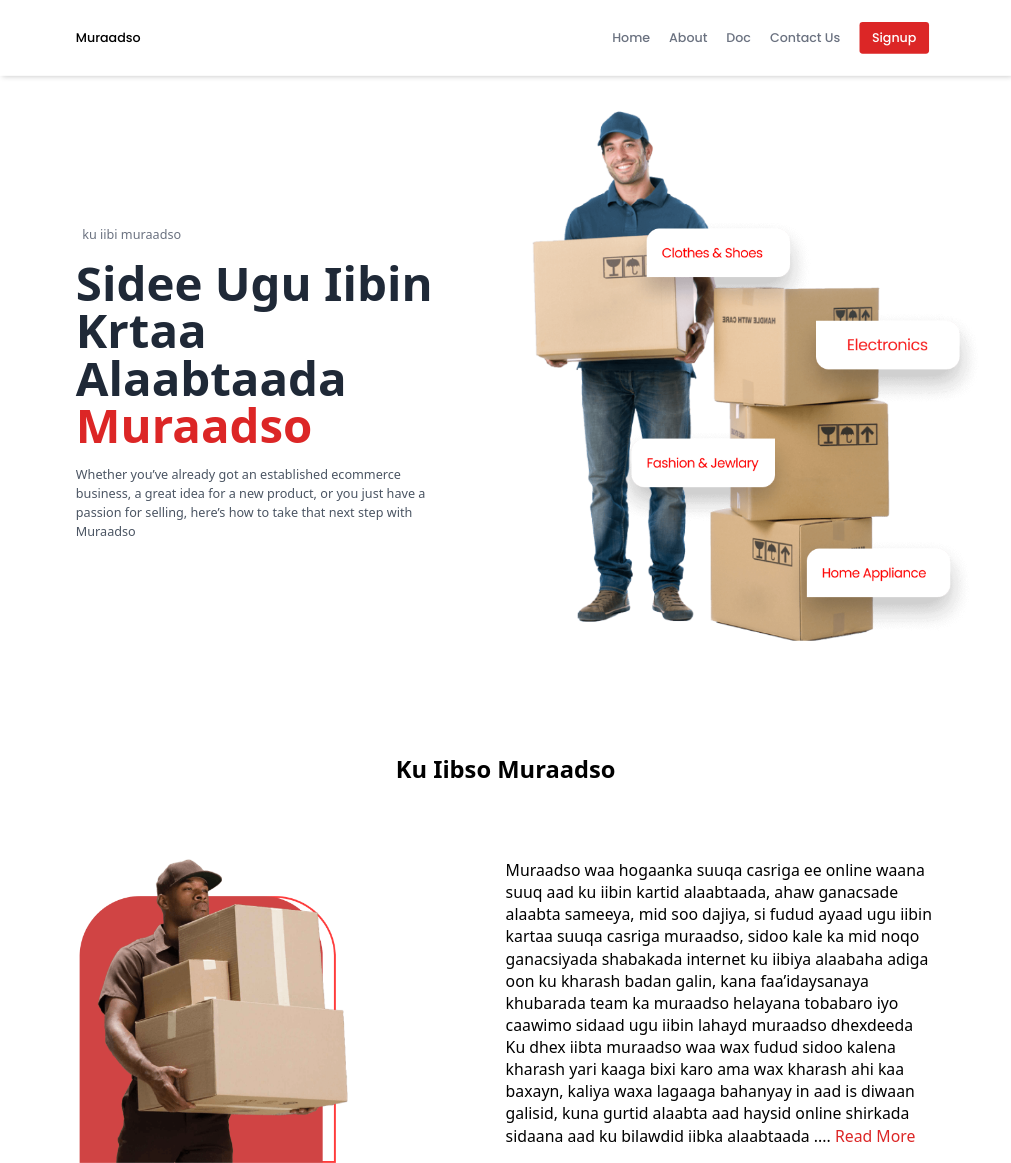
Repository: muraadso/Muraadso-Sellers
Page: /
These files come from the project's save history. The page is drawn as it stood at one moment and after the next save; the edit follows.
The browser window is 1280 px wide. The pictures show the whole page, at 79% of full size.
The project was rebuilt for these pictures with package versions that can differ from the ones it lists, and the page was loaded fresh each time. The framework's server and built-in components were replaced by stand-ins that run in the browser. Also part of the build but not shown: next.config.js.

Above is the page before, as saved 2021-12-05 19:52:30.

### pages/_app.js
import '../styles/globals.css'
 import 'tailwindcss/tailwind.css'
import { Layout } from '../components/Layout'


function MyApp({ Component, pageProps }) {
  return (
    <Layout>
      <Component {...pageProps} />
    </Layout>
  )
}

export default MyApp

### pages/index.js
import Head from 'next/head'
import Image from 'next/image'
import Navbar from '../components/Navbar'
import Hero from '../components/Hero'
import About from '../components/About'
import styles from '../styles/Home.module.css'


export default function Home() {
  return (
    <div className={styles.container}>
      <Head>
        <title>Muraadso Sellers</title>
        <meta name="description" content="Generated by create next app" />
        <link rel="icon" href="/favicon.ico" />
      </Head>
      <Hero />
      <About />
    </div>
  )
}

### styles/globals.css
@import url('https://fonts.googleapis.com/css2?family=Lato:ital,wght@0,300;0,400;0,700;0,900;1,700&family=Poppins:wght@200;300;400;500;600;700&display=swap');
html,
body {
  padding: 0;
  margin: 0;
}

a {
  color: inherit;
  text-decoration: none;
}

* {
  box-sizing: border-box;
}


.navbar {
  box-shadow: 2px 1px 7px rgba(0, 0, 0, 0.226);
  font-family: 'Poppins', sans-serif  ;
  font-weight: 500;

}
  .logo{
    font-family: 'Lato', sans-serif;
    font-weight: 700;
    color: rgb(233, 59, 59);
    font-size: 20px ;
  }

.nav{
}





@media screen and  (max-width: 415px){
  .nav{
    display: flex;
    color: blue;
    flex-direction: row;
  }
}




@tailwind base;
@tailwind components;
@tailwind utilities

### components/Layout.js
import Navbar from "./Navbar"
import Footer from "./Footer"

export const Layout = ({children}) => {
    return (
        <div className="layout">
            <Navbar />
                {children}
            <Footer />



        </div>
    )
}

### components/Navbar.jsx
import React, { useState } from "react";
import { HiOutlineMenuAlt2, HiOutlineMenuAlt3 } from "react-icons/hi";



export default function Navbar() {
  const [showNav, setShowNav] = useState(false);

  return (
    <nav className="sticky top-0 z-20 items-center justify-between bg-white px-14 md:px-24 md:py-5 navbar md:flex">
      <div className="flex items-center justify-between">
        <a href="#">
          <h2>Muraadso</h2>
        </a>


        {showNav ? (
          <HiOutlineMenuAlt3
            onClick={() => setShowNav(!showNav)}
            className="block w-10 h-10 p-2 cursor-pointer md:hidden"
          />
        ) : (
          <HiOutlineMenuAlt2
            onClick={() => setShowNav(!showNav)}
            className="block w-10 h-10 p-2 cursor-pointer md:hidden"
          />
        )}
      </div>

      <ul
        className={
          (showNav ? "left-0" : "-left-full") +
          " md:static fixed bottom-0 md:ml-24 top-14 md:flex md:space-x-6 items-center md:bg-transparent bg-white bg-opacity-90 md:w-auto w-10/12 md:text-gray-500 text-gray-800  md:space-y-0 space-y-5 p-2 transition-left nav"
        }
      >
        <a href="#"> Home</a>
        <a href="#"> About</a>
        <a href="#"> Doc</a>
        <a href="#"> Contact Us</a>
      <a className="px-4 py-2 text-white bg-red-600 rounded" href="">Signup</a>
      </ul>
    </nav>
  );
}

























// const Navbar = () => {
//     return (
//         <div>
//      <div className="sticky top-0 z-20 items-center justify-between bg-white md:flex navbar">
//          <a className="logo" href="#">Muraadso</a>
//          <nav className="fixed bottom-0 items-center w-10/12 p-2 space-y-5 text-white bg-gray-500 md:static top-12 md:flex md:space-x-7 md:bg-transparent bg-opacity-90 md:w-auto md:text-gray-500 md:space-y-0 transition-left nav">
//              <a className="hover:text-red-600" href="">Home</a>
//              <a className="hover:text-red-600" href="">About</a>
//              <a className="hover:text-red-600" href="">Doc</a>
//              <a className="hover:text-red-600" href="">Contact Us</a>
//          </nav>
//          <a href="#" className="px-4 py-2 text-white bg-red-600 rounded hover:bg-red-700 signup ">Signup</a>
//      </div>

//         </div>
//     )
// }

// export default Navbar

### components/Hero.jsx
const Hero = () => {
    return (
        <div className="md:grid-cols-2 md:grid md:mt-11 hero">
                <div className="md:px-16 md:py-36 py-11 herotxt">
                    <h6 className="px-2 font-medium text-gray-500">ku iibi muraadso</h6>
                    <h1 className="my-5 md:font-bold md:text-gray-800 md:capitalize lg:text-6xl">sidee ugu iibin krtaa <br /> alaabtaada <span className="md:text-red-600">muraadso </span></h1>
                    <p className="text-gray-600" >Whether you’ve already got an established ecommerce business, a great idea for a new product, or you just have a passion for selling, here’s how to take that next step with Muraadso</p>
                </div>
                <div className="heroimg">
                    <img className="w-4/4 "  src="/images/heroimage.png" alt="heroimage" />
                </div>

        </div>
    )
}

export default Hero

### components/About.jsx

const About = () => {
    return (
        <div className="mt-32">
            <h1 className="text-3xl font-bold text-center">Ku Iibso Muraadso</h1>
            <div className="md:px-16 md:grid-cols-2 md:grid about-content">

                <div className="mt-24 aboutimg">
                  <img src="/images/aboutimage.png" className="md:h-96" alt="about image" />
                </div>


                <div className="mt-24 about-text">
                    <p className="text-xl align-justified">
                        Muraadso waa hogaanka suuqa casriga ee online waana suuq aad ku iibin kartid alaabtaada, ahaw ganacsade alaabta sameeya, mid soo dajiya, si fudud ayaad ugu iibin kartaa suuqa casriga muraadso, sidoo kale ka mid noqo ganacsiyada shabakada internet ku iibiya alaabaha adiga oon ku kharash badan galin, kana faa’idaysanaya khubarada team ka muraadso helayana tobabaro iyo caawimo sidaad ugu iibin lahayd muraadso dhexdeeda Ku dhex iibta muraadso waa wax fudud sidoo kalena kharash yari kaaga bixi karo ama wax kharash ahi kaa baxayn, kaliya waxa lagaaga bahanyay in aad is diwaan galisid, kuna gurtid alaabta aad haysid online shirkada sidaana aad ku bilawdid iibka alaabtaada  .... <span className="text-red-600">Read More</span>
                    </p>
                </div>


            </div>
        </div>
    )
}

export default About

### components/Footer.jsx
const Footer = () => {
    return (
        <div>
        </div>
    )
}

export default Footer

### tailwind.config.js
module.exports = {
   purge: ['./pages/**/*.{js,ts,jsx,tsx}', './components/**/*.{js,ts,jsx,tsx}'],
  darkMode: false, // or 'media' or 'class'
  theme: {
    extend: {
      transitionProperty: {
         'left': 'left',
        }
    },

  },
  variants: {
    extend: {},
  },
  plugins: [],
}

Loaded but not shown: pages/api/hello.js (common file); styles/Home.module.css (common file)

After the next save:
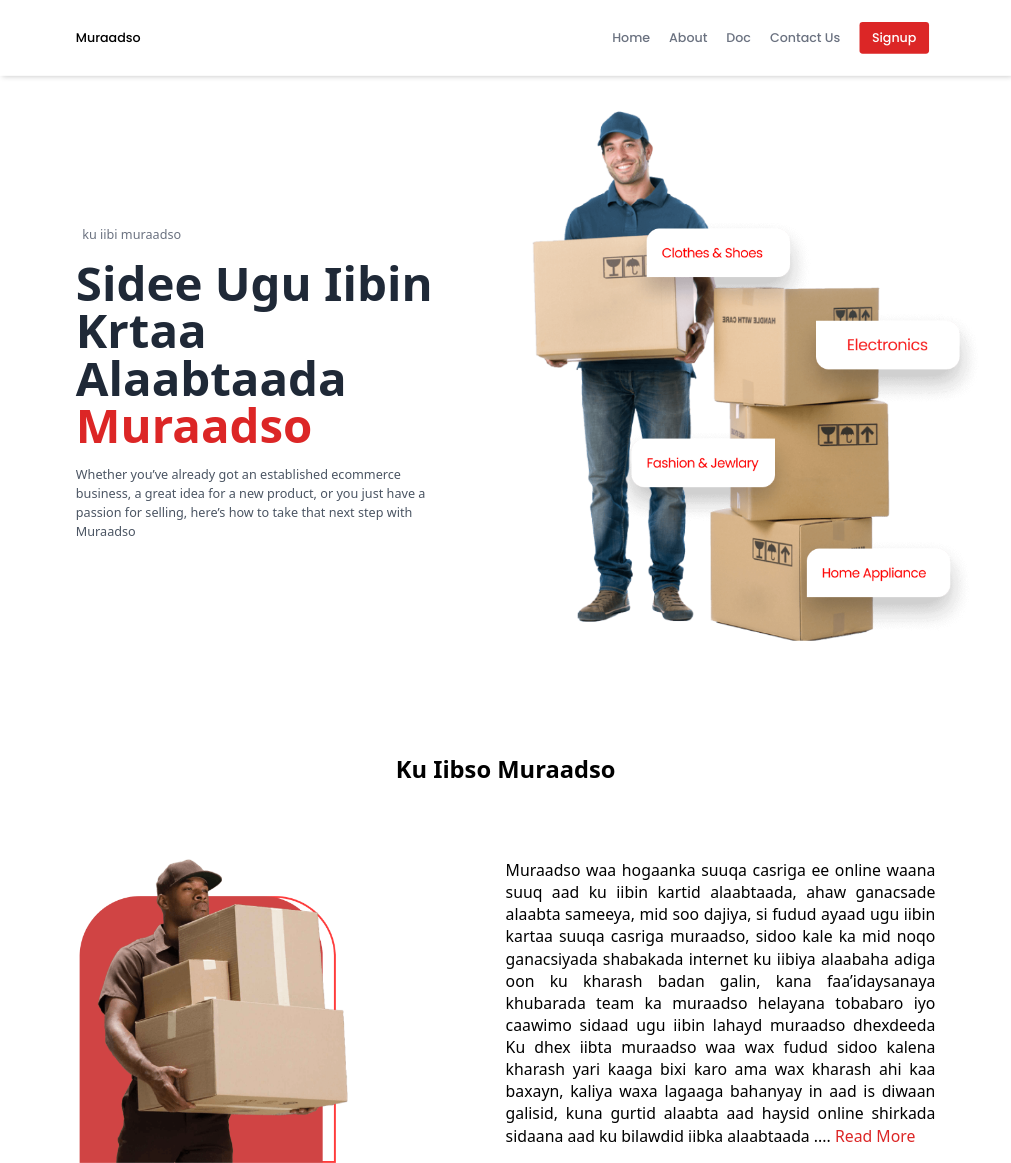
Saved 27 s later.
--- a/components/About.jsx
+++ b/components/About.jsx
@@ -11,7 +11,7 @@ const About = () => {
 
 
                 <div className="mt-24 about-text">
-                    <p className="text-xl align-justified">
+                    <p className="text-xl text-justify">
                         Muraadso waa hogaanka suuqa casriga ee online waana suuq aad ku iibin kartid alaabtaada, ahaw ganacsade alaabta sameeya, mid soo dajiya, si fudud ayaad ugu iibin kartaa suuqa casriga muraadso, sidoo kale ka mid noqo ganacsiyada shabakada internet ku iibiya alaabaha adiga oon ku kharash badan galin, kana faa’idaysanaya khubarada team ka muraadso helayana tobabaro iyo caawimo sidaad ugu iibin lahayd muraadso dhexdeeda Ku dhex iibta muraadso waa wax fudud sidoo kalena kharash yari kaaga bixi karo ama wax kharash ahi kaa baxayn, kaliya waxa lagaaga bahanyay in aad is diwaan galisid, kuna gurtid alaabta aad haysid online shirkada sidaana aad ku bilawdid iibka alaabtaada  .... <span className="text-red-600">Read More</span>
                     </p>
                 </div>
